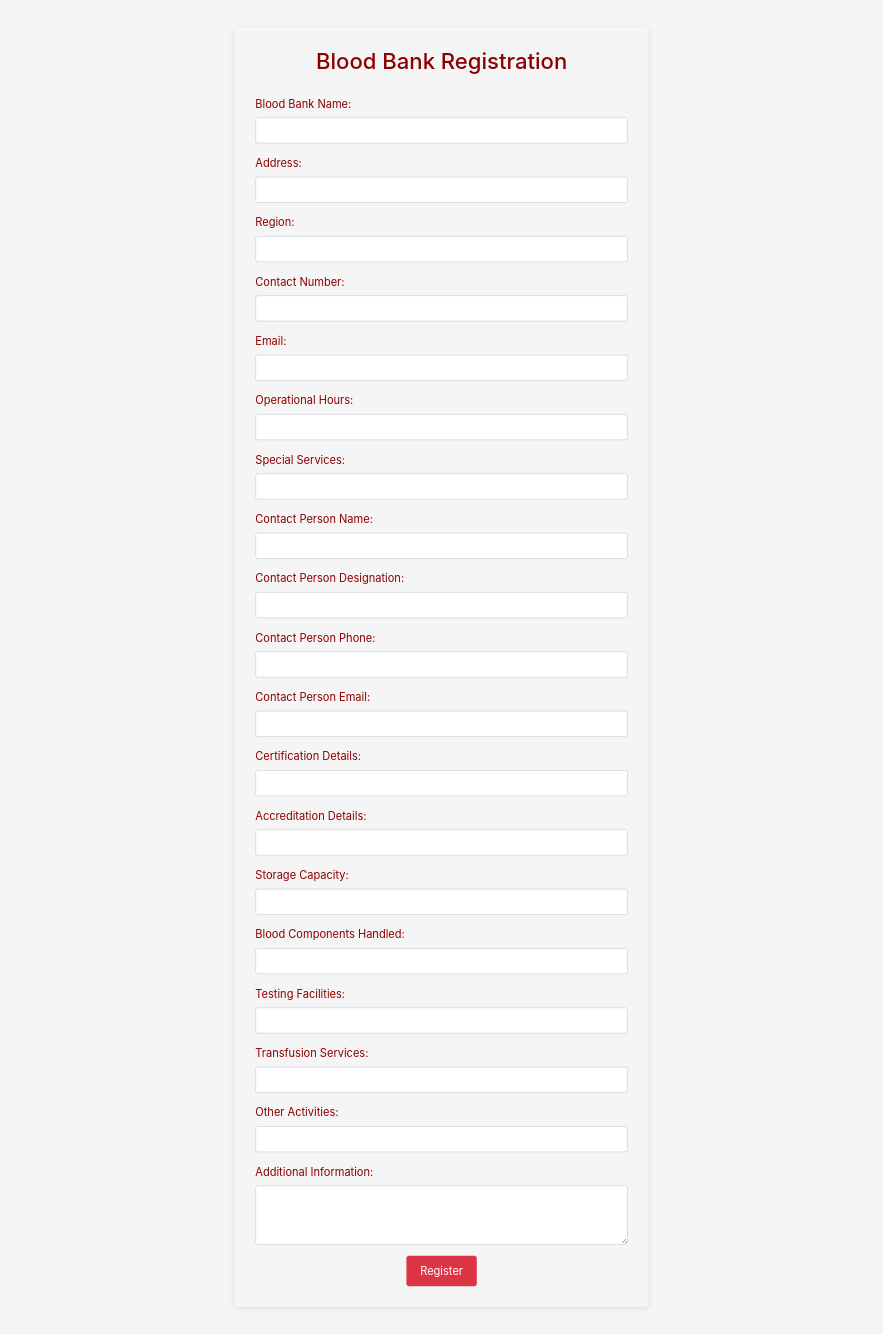
Repository: omi4535/Decentralized_Blood_Bank_System
Page: http://localhost/blood_bank_system/registration.jsp
These files come from the project's save history. The page is drawn as it stood at one moment and after the next save; the edit follows.
The browser window is 1280 px wide. The pictures show the whole page, at 69% of full size.
Some web libraries are served in a nearby version. The page is served by Tomcat 9.

Above is the page before, as saved 2023-07-03 08:00:37.

After the next save:
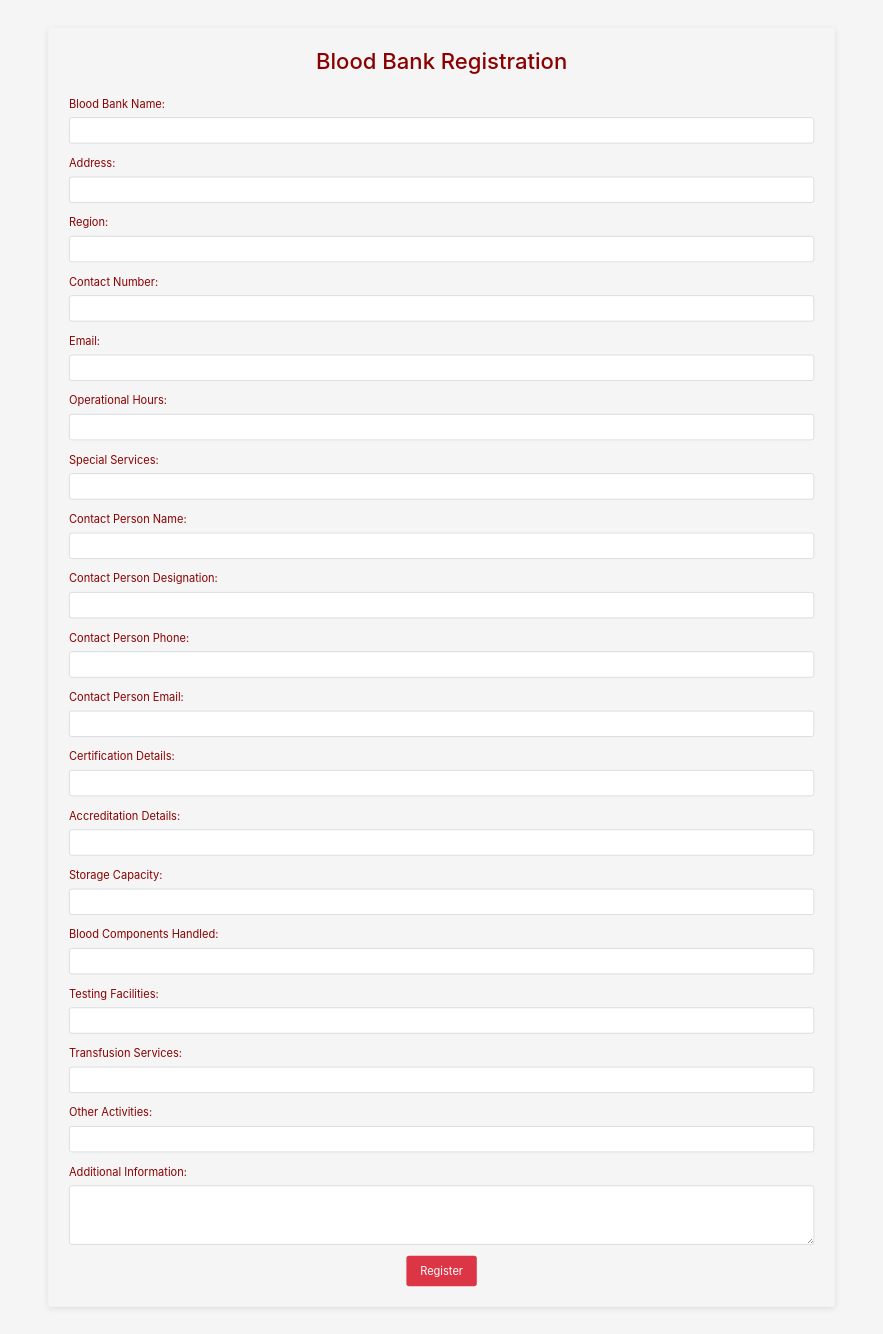
Saved 78 s later.
--- a/blood bank system/src/main/webapp/registration.jsp
+++ b/blood bank system/src/main/webapp/registration.jsp
@@ -5,7 +5,7 @@
 
 <head>
 <meta charset="UTF-8">
-<meta name="viewport" content="width=device-width, initial-scale=1.0">
+<meta name="viewport" content="wnameth=device-wnameth, initial-scale=1.0">
 <title>Blood Bank Registration</title>
 <link rel="stylesheet"
 	href="https://stackpath.bootstrapcdn.com/bootstrap/4.5.0/css/bootstrap.min.css">
@@ -19,7 +19,7 @@
 }
 
 .container {
-	max-width: 600px;
+	max-wnameth: 600px;
 	margin: 40px auto;
 	padding: 30px;
 	border-radius: 5px;
@@ -51,86 +51,86 @@
 	<div class="container">
 		<div class="form_regi">
 			<h2>Blood Bank Registration</h2>
-			<form>
+			<form method="post" action="register">
 				<div class="form-group">
 					<label for="name">Blood Bank Name:</label> <input type="text"
-						class="form-control" id="name" required>
+						class="form-control" name="name" required>
 				</div>
 				<div class="form-group">
 					<label for="address">Address:</label> <input type="text"
-						class="form-control" id="address" required>
+						class="form-control" name="address" required>
 				</div>
 				<div class="form-group">
 					<label for="region">Region:</label> <input type="text"
-						class="form-control" id="region" required>
+						class="form-control" name="region" required>
 				</div>
 				<div class="form-group">
 					<label for="contactNumber">Contact Number:</label> <input
-						type="tel" class="form-control" id="contactNumber" required>
+						type="tel" class="form-control" name="contactNumber" required>
 				</div>
 				<div class="form-group">
 					<label for="email">Email:</label> <input type="email"
-						class="form-control" id="email" required>
+						class="form-control" name="email" required>
 				</div>
 				<div class="form-group">
 					<label for="operationalHours">Operational Hours:</label> <input
-						type="text" class="form-control" id="operationalHours" required>
+						type="text" class="form-control" name="operationalHours" required>
 				</div>
 				<div class="form-group">
 					<label for="specialServices">Special Services:</label> <input
-						type="text" class="form-control" id="specialServices" required>
+						type="text" class="form-control" name="specialServices" required>
 				</div>
 				<div class="form-group">
 					<label for="contactPersonName">Contact Person Name:</label> <input
-						type="text" class="form-control" id="contactPersonName" required>
+						type="text" class="form-control" name="contactPersonName" required>
 				</div>
 				<div class="form-group">
 					<label for="contactPersonDesignation">Contact Person
 						Designation:</label> <input type="text" class="form-control"
-						id="contactPersonDesignation" required>
+						name="contactPersonDesignation" required>
 				</div>
 				<div class="form-group">
 					<label for="contactPersonPhone">Contact Person Phone:</label> <input
-						type="tel" class="form-control" id="contactPersonPhone" required>
+						type="tel" class="form-control" name="contactPersonPhone" required>
 				</div>
 				<div class="form-group">
 					<label for="contactPersonEmail">Contact Person Email:</label> <input
-						type="email" class="form-control" id="contactPersonEmail" required>
+						type="email" class="form-control" name="contactPersonEmail" required>
 				</div>
 				<div class="form-group">
 					<label for="certificationDetails">Certification Details:</label> <input
-						type="text" class="form-control" id="certificationDetails"
+						type="text" class="form-control" name="certificationDetails"
 						required>
 				</div>
 				<div class="form-group">
 					<label for="accreditationDetails">Accreditation Details:</label> <input
-						type="text" class="form-control" id="accreditationDetails"
+						type="text" class="form-control" name="accreditationDetails"
 						required>
 				</div>
 				<div class="form-group">
 					<label for="storageCapacity">Storage Capacity:</label> <input
-						type="number" class="form-control" id="storageCapacity" required>
+						type="number" class="form-control" name="storageCapacity" required>
 				</div>
 				<div class="form-group">
 					<label for="bloodComponentsHandled">Blood Components
 						Handled:</label> <input type="text" class="form-control"
-						id="bloodComponentsHandled" required>
+						name="bloodComponentsHandled" required>
 				</div>
 				<div class="form-group">
 					<label for="testingFacilities">Testing Facilities:</label> <input
-						type="text" class="form-control" id="testingFacilities" required>
+						type="text" class="form-control" name="testingFacilities" required>
 				</div>
 				<div class="form-group">
 					<label for="transfusionServices">Transfusion Services:</label> <input
-						type="text" class="form-control" id="transfusionServices" required>
+						type="text" class="form-control" name="transfusionServices" required>
 				</div>
 				<div class="form-group">
 					<label for="otherActivities">Other Activities:</label> <input
-						type="text" class="form-control" id="otherActivities" required>
+						type="text" class="form-control" name="otherActivities" required>
 				</div>
 				<div class="form-group">
 					<label for="additionalInformation">Additional Information:</label>
-					<textarea class="form-control" id="additionalInformation" rows="3"></textarea>
+					<textarea class="form-control" name="additionalInformation" rows="3"></textarea>
 				</div>
 				<div class="text-center">
 					<button type="submit" class="btn btn-register text-white">Register</button>

After the save that followed:
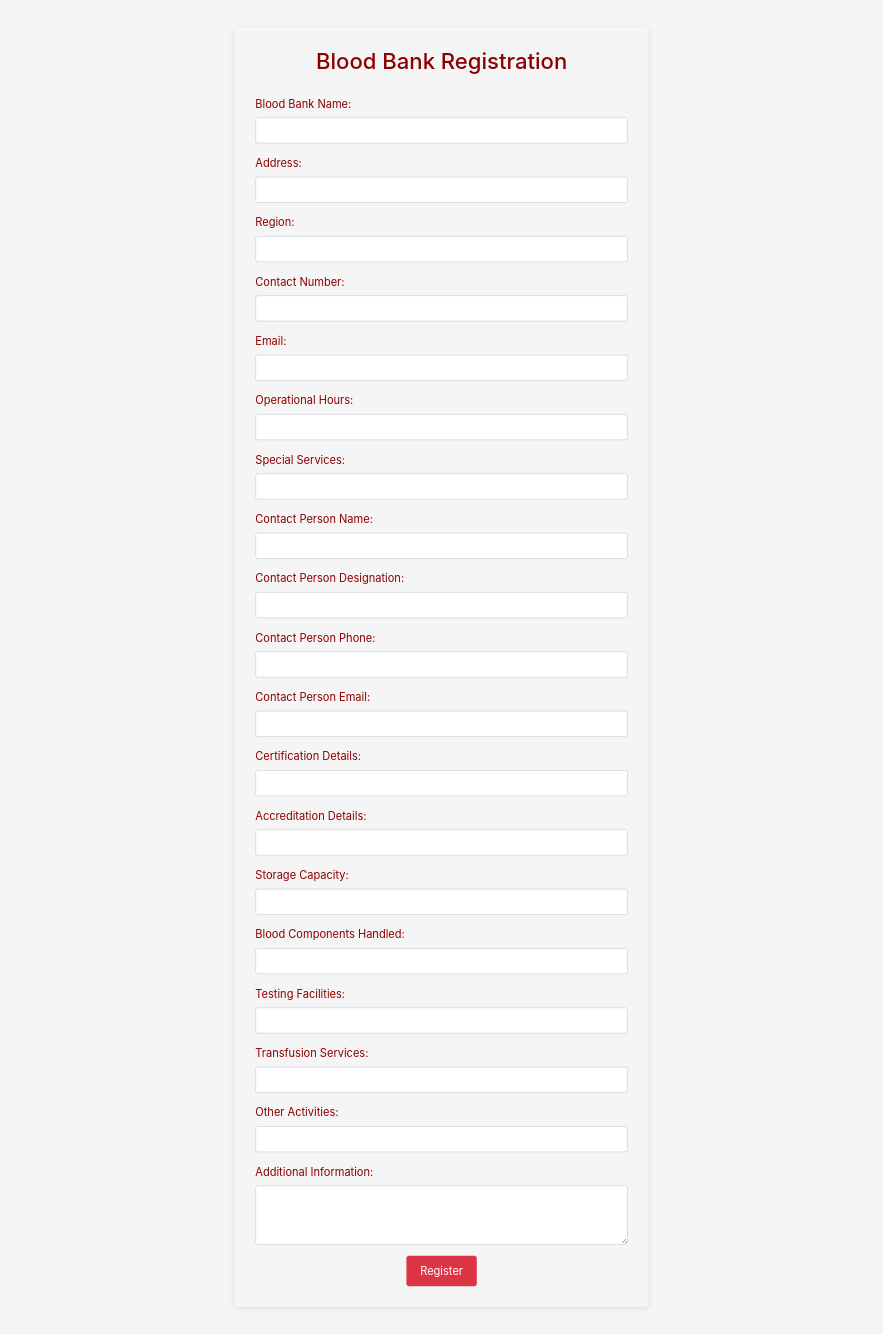
Saved 57 s later.
--- a/blood bank system/src/main/webapp/registration.jsp
+++ b/blood bank system/src/main/webapp/registration.jsp
@@ -5,7 +5,7 @@
 
 <head>
 <meta charset="UTF-8">
-<meta name="viewport" content="wnameth=device-wnameth, initial-scale=1.0">
+<meta name="viewport" content="width=device-width, initial-scale=1.0">
 <title>Blood Bank Registration</title>
 <link rel="stylesheet"
 	href="https://stackpath.bootstrapcdn.com/bootstrap/4.5.0/css/bootstrap.min.css">
@@ -19,7 +19,7 @@
 }
 
 .container {
-	max-wnameth: 600px;
+	max-width: 600px;
 	margin: 40px auto;
 	padding: 30px;
 	border-radius: 5px;
@@ -62,75 +62,75 @@
 				</div>
 				<div class="form-group">
 					<label for="region">Region:</label> <input type="text"
-						class="form-control" name="region" required>
+						class="form-control" id="region" required>
 				</div>
 				<div class="form-group">
 					<label for="contactNumber">Contact Number:</label> <input
-						type="tel" class="form-control" name="contactNumber" required>
+						type="tel" class="form-control" id="contactNumber" required>
 				</div>
 				<div class="form-group">
 					<label for="email">Email:</label> <input type="email"
-						class="form-control" name="email" required>
+						class="form-control" id="email" required>
 				</div>
 				<div class="form-group">
 					<label for="operationalHours">Operational Hours:</label> <input
-						type="text" class="form-control" name="operationalHours" required>
+						type="text" class="form-control" id="operationalHours" required>
 				</div>
 				<div class="form-group">
 					<label for="specialServices">Special Services:</label> <input
-						type="text" class="form-control" name="specialServices" required>
+						type="text" class="form-control" id="specialServices" required>
 				</div>
 				<div class="form-group">
 					<label for="contactPersonName">Contact Person Name:</label> <input
-						type="text" class="form-control" name="contactPersonName" required>
+						type="text" class="form-control" id="contactPersonName" required>
 				</div>
 				<div class="form-group">
 					<label for="contactPersonDesignation">Contact Person
 						Designation:</label> <input type="text" class="form-control"
-						name="contactPersonDesignation" required>
+						id="contactPersonDesignation" required>
 				</div>
 				<div class="form-group">
 					<label for="contactPersonPhone">Contact Person Phone:</label> <input
-						type="tel" class="form-control" name="contactPersonPhone" required>
+						type="tel" class="form-control" id="contactPersonPhone" required>
 				</div>
 				<div class="form-group">
 					<label for="contactPersonEmail">Contact Person Email:</label> <input
-						type="email" class="form-control" name="contactPersonEmail" required>
+						type="email" class="form-control" id="contactPersonEmail" required>
 				</div>
 				<div class="form-group">
 					<label for="certificationDetails">Certification Details:</label> <input
-						type="text" class="form-control" name="certificationDetails"
+						type="text" class="form-control" id="certificationDetails"
 						required>
 				</div>
 				<div class="form-group">
 					<label for="accreditationDetails">Accreditation Details:</label> <input
-						type="text" class="form-control" name="accreditationDetails"
+						type="text" class="form-control" id="accreditationDetails"
 						required>
 				</div>
 				<div class="form-group">
 					<label for="storageCapacity">Storage Capacity:</label> <input
-						type="number" class="form-control" name="storageCapacity" required>
+						type="number" class="form-control" id="storageCapacity" required>
 				</div>
 				<div class="form-group">
 					<label for="bloodComponentsHandled">Blood Components
 						Handled:</label> <input type="text" class="form-control"
-						name="bloodComponentsHandled" required>
+						id="bloodComponentsHandled" required>
 				</div>
 				<div class="form-group">
 					<label for="testingFacilities">Testing Facilities:</label> <input
-						type="text" class="form-control" name="testingFacilities" required>
+						type="text" class="form-control" id="testingFacilities" required>
 				</div>
 				<div class="form-group">
 					<label for="transfusionServices">Transfusion Services:</label> <input
-						type="text" class="form-control" name="transfusionServices" required>
+						type="text" class="form-control" id="transfusionServices" required>
 				</div>
 				<div class="form-group">
 					<label for="otherActivities">Other Activities:</label> <input
-						type="text" class="form-control" name="otherActivities" required>
+						type="text" class="form-control" id="otherActivities" required>
 				</div>
 				<div class="form-group">
 					<label for="additionalInformation">Additional Information:</label>
-					<textarea class="form-control" name="additionalInformation" rows="3"></textarea>
+					<textarea class="form-control" id="additionalInformation" rows="3"></textarea>
 				</div>
 				<div class="text-center">
 					<button type="submit" class="btn btn-register text-white">Register</button>
